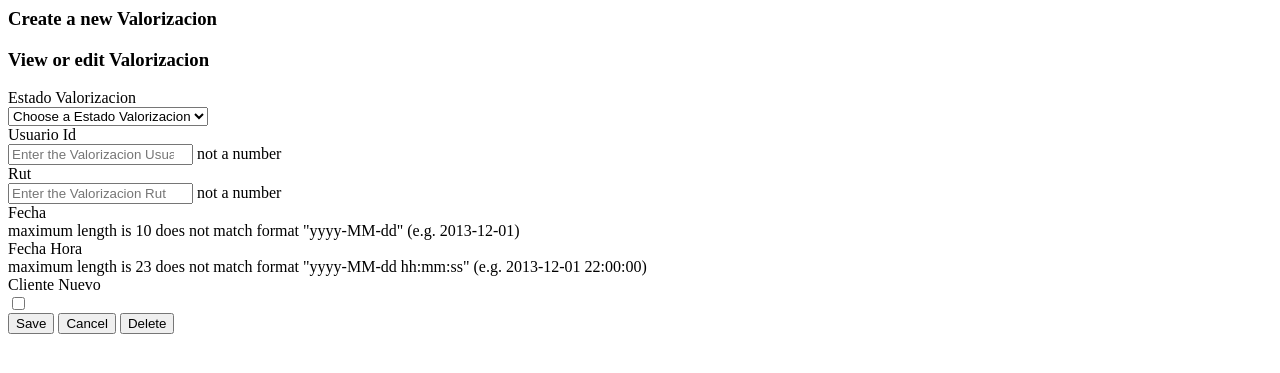
Repository: PabloRPalma/SistemaVentaSeguros
Page: Cotizador/src/main/webapp/views/Valorizacion/detail.html
These files come from the project's save history. The page is drawn as it stood at one moment and after the next save; the edit follows.
The browser window is 1280 px wide. The pictures show the whole page.

Above is the page before, as saved 2021-02-05 10:04:15.

After the next save:
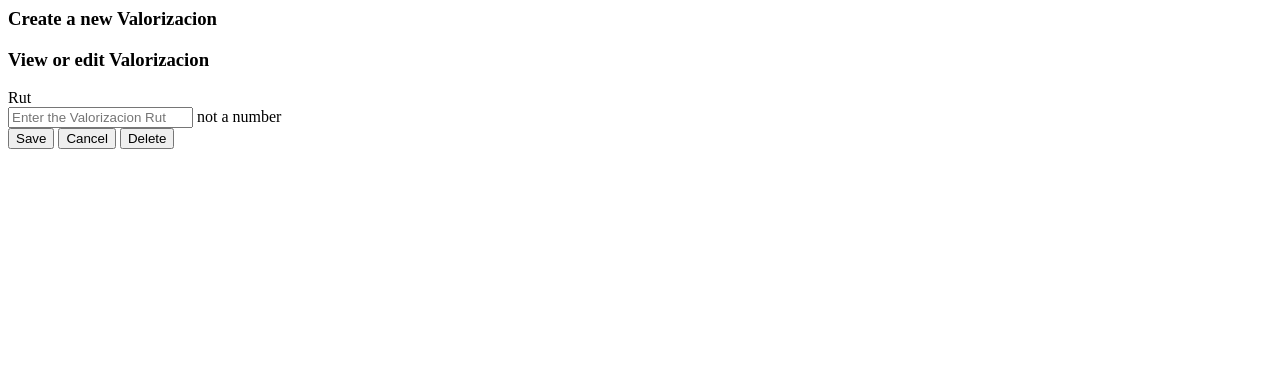
Saved 54 s later.
--- a/Cotizador/src/main/webapp/views/Valorizacion/detail.html
+++ b/Cotizador/src/main/webapp/views/Valorizacion/detail.html
@@ -4,22 +4,7 @@
 </header>
 <form id="ValorizacionForm" name="ValorizacionForm" class="form-horizontal" role="form">
 
-    <div class="form-group" ng-class="{'has-error': ValorizacionForm.estadoValorizacion.$invalid}">
-        <label for="estadoValorizacion" class="col-sm-2 control-label">Estado Valorizacion</label>
-        <div id="estadoValorizacionControls" class="col-sm-10">
-        <select id="estadoValorizacion" name="estadoValorizacion" class="form-control" ng-model="estadoValorizacionSelection" ng-options="e.text for e in estadoValorizacionSelectionList"  >
-            <option value="">Choose a Estado Valorizacion</option>
-        </select>
-        </div>
-    </div>
 
-    <div class="form-group" ng-class="{'has-error': ValorizacionForm.usuarioId.$invalid}">
-        <label for="usuarioId" class="col-sm-2 control-label">Usuario Id</label>
-        <div id="usuarioIdControls" class="col-sm-10">
-            <input id="usuarioId" name="usuarioId" type="number" class="form-control" ng-model="valorizacion.usuarioId" placeholder="Enter the Valorizacion Usuario Id"></input>
-            <span class="help-block error" ng-show="ValorizacionForm.usuarioId.$error.number">not a number</span>
-        </div>
-    </div>
 
     <div class="form-group" ng-class="{'has-error': ValorizacionForm.rut.$invalid}">
         <label for="rut" class="col-sm-2 control-label">Rut</label>
@@ -29,30 +14,6 @@
         </div>
     </div>
 
-    <div class="form-group" ng-class="{'has-error': ValorizacionForm.fecha.$invalid}">
-        <label for="fecha" class="col-sm-2 control-label">Fecha</label>
-        <div id="fechaControls" class="col-sm-10">
-            <date id="fecha" name="fecha" ng-model="valorizacion.fecha" placeholder="Enter the Valorizacion Fecha"></date>
-            <span class="help-block error" ng-show="ValorizacionForm.fecha.$error.maxlength">maximum length is 10</span>
-            <span class="help-block error" ng-show="ValorizacionForm.fecha.$error.dateFormat">does not match format "yyyy-MM-dd" (e.g. 2013-12-01)</span>
-        </div>
-    </div>
-
-    <div class="form-group" ng-class="{'has-error': ValorizacionForm.fechaHora.$invalid}">
-        <label for="fechaHora" class="col-sm-2 control-label">Fecha Hora</label>
-        <div id="fechaHoraControls" class="col-sm-10">
-            <datetime id="fechaHora" name="fechaHora" ng-model="valorizacion.fechaHora" placeholder="Enter the Valorizacion Fecha Hora"></datetime>
-            <span class="help-block error" ng-show="ValorizacionForm.fechaHora.$error.maxlength">maximum length is 23</span>
-            <span class="help-block error" ng-show="ValorizacionForm.fechaHora.$error.datetimeFormat">does not match format "yyyy-MM-dd hh:mm:ss" (e.g. 2013-12-01 22:00:00)</span>
-        </div>
-    </div>
-
-    <div class="form-group" ng-class="{'has-error': ValorizacionForm.clienteNuevo.$invalid}">
-        <label for="clienteNuevo" class="col-sm-2 control-label">Cliente Nuevo</label>
-        <div id="clienteNuevoControls" class="col-sm-10">
-            <input id="clienteNuevo" name="clienteNuevo" type="checkbox" class="checkbox" ng-model="valorizacion.clienteNuevo" placeholder="Enter the Valorizacion Cliente Nuevo"></input>
-        </div>
-    </div>
 
 
     <div class="form-group">
